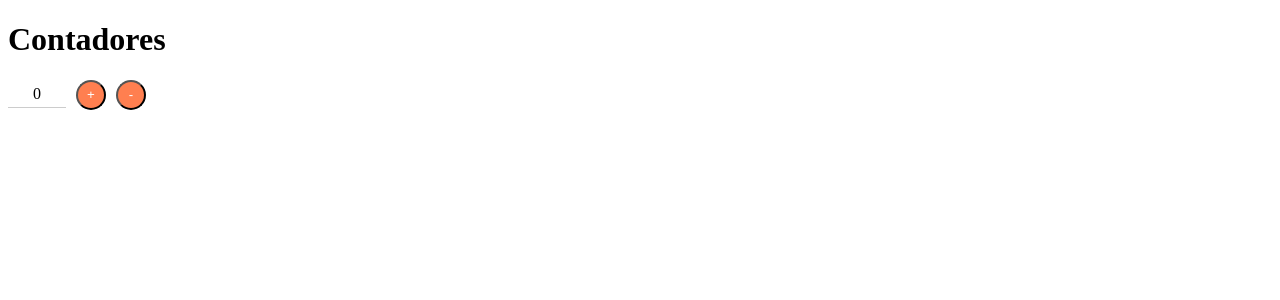
Repository: Lopesgit/curso-vue
Page: / (app in componentes/componente-intro/)
These files come from the project's save history. The page is drawn as it stood at one moment and after a run of saves; the edit follows.
The browser window is 1280 px wide. The pictures show the whole page.
The project was rebuilt for these pictures with package versions that can differ from the ones it lists, and the page was loaded fresh each time. Also part of the build but not shown: componentes/componente-intro/vue.config.js.

Above is the page before, as saved 2019-06-08 19:04:16.

After the next 2 saves:
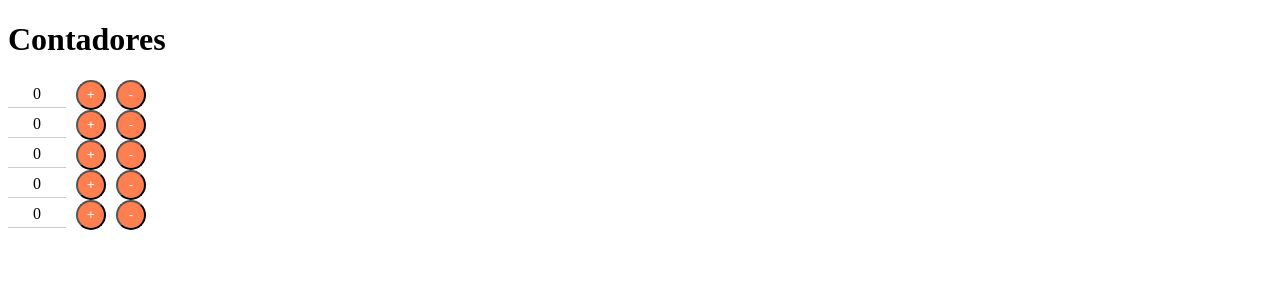
The 2 saves are shown as one change because they came seconds apart.
The last was saved 25 s later.
--- a/componentes/componente-intro/src/Contadores.vue
+++ b/componentes/componente-intro/src/Contadores.vue
@@ -1,6 +1,6 @@
 <template>
     <div class="contadores">
-        <app-contador/>
+        <app-contador v-for="c in 5"/>
     </div>
 </template>
 
